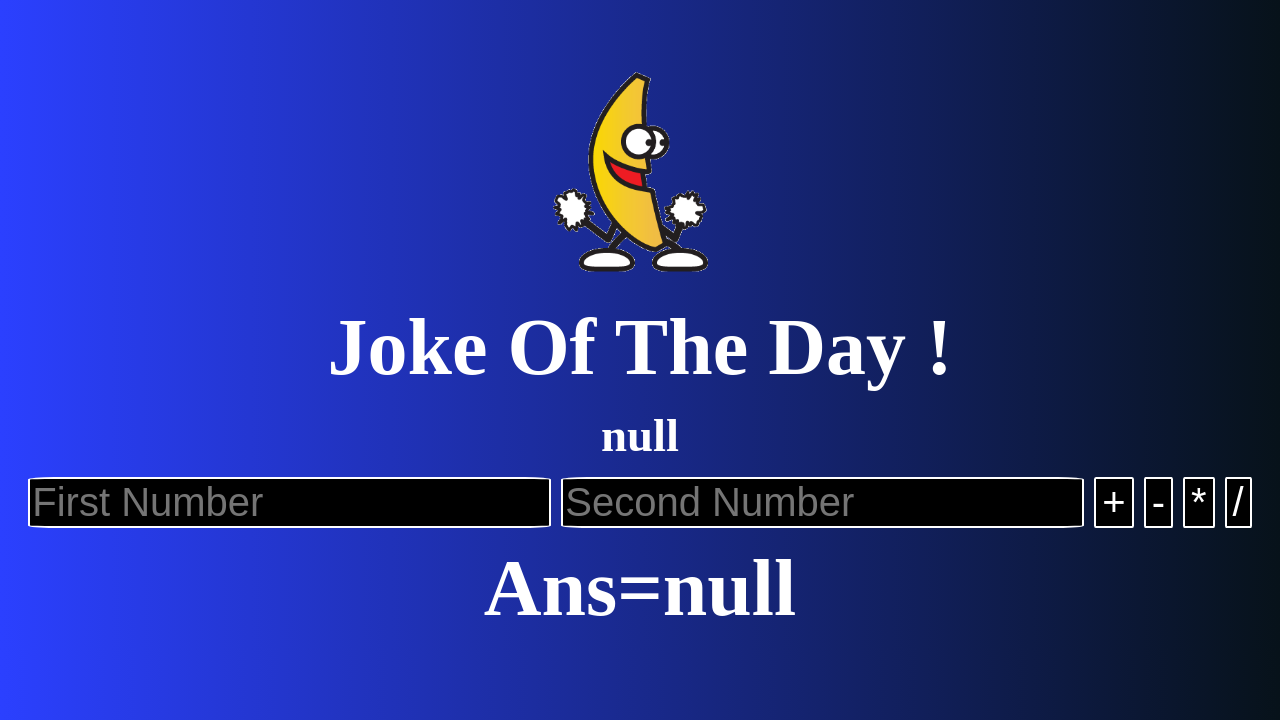
Repository: abhishekkumar013/Java-Code
Page: http://localhost/JokeCalculator/result.jsp
An editor plug-in stored every save of this project. The page is shown before and after the next save, followed by the edit.
The browser window is 1280 px wide. The pictures show the whole page.
The page is served by Tomcat 10.

Above is the page before, as saved 2024-07-02 04:22:42.

After the next save:
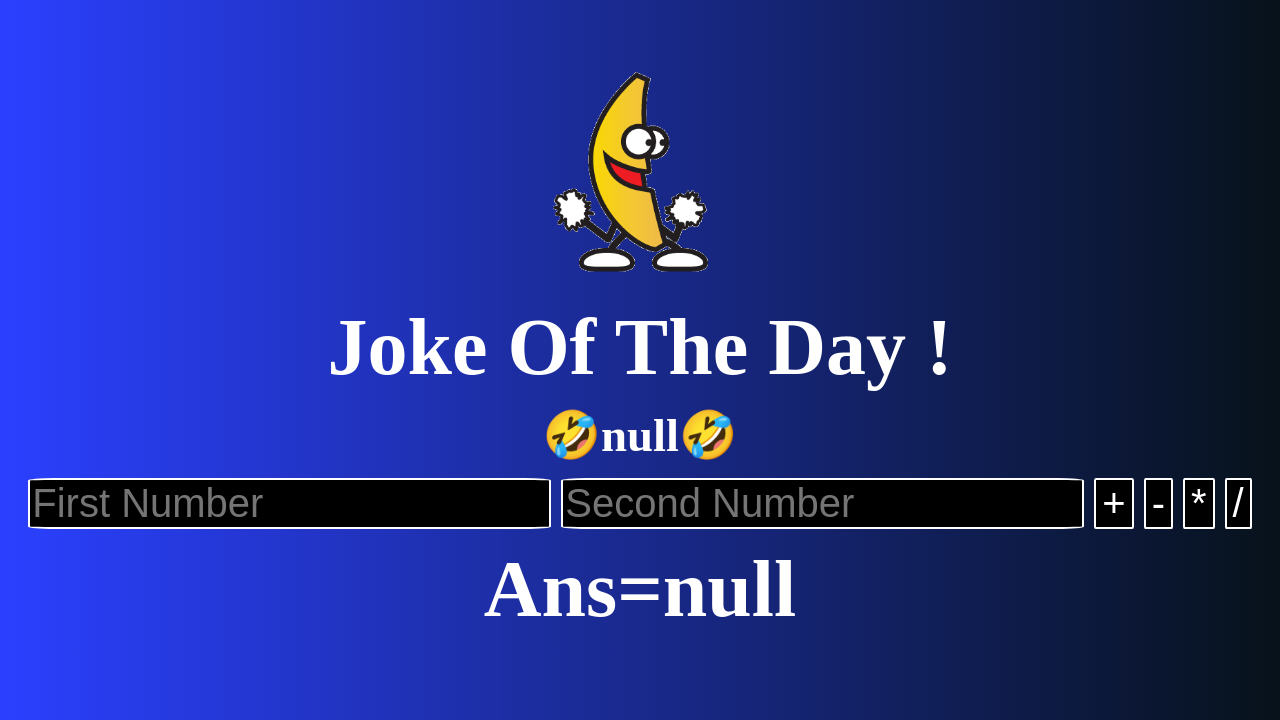
Saved 64 s later.
--- a/JokeCalculator/src/main/webapp/result.jsp
+++ b/JokeCalculator/src/main/webapp/result.jsp
@@ -43,7 +43,7 @@
 
     <img alt="" src="images\output.gif">
     <h1>Joke Of The Day !</h1>
-    <h3><%=request.getParameter("joke")%> </h3>
+    <h3>🤣<%=request.getParameter("joke")%>🤣 </h3>
 
 
 <form action="MyServlet">
